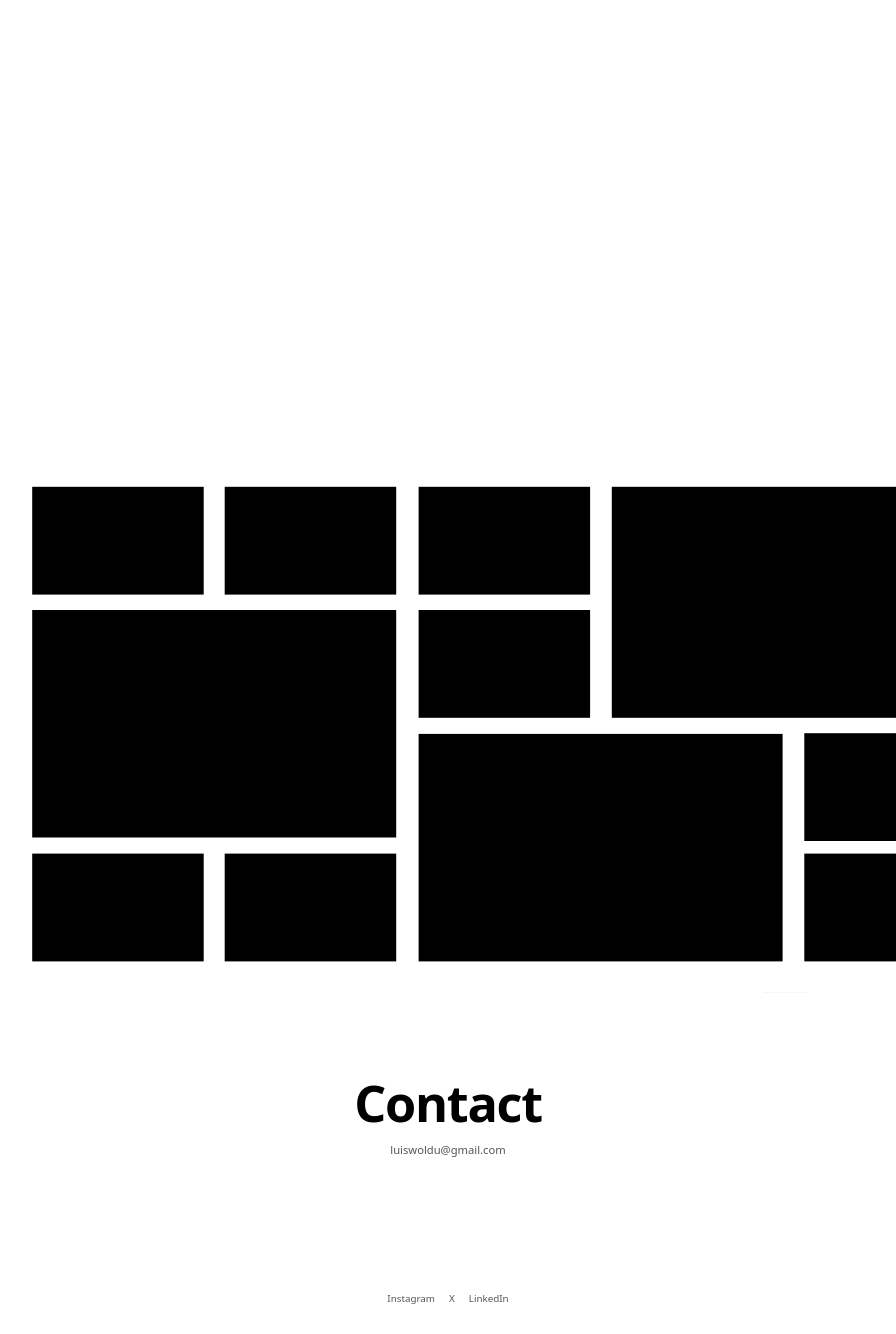
Repository: luiswoldu/personal
Page: /
These files come from the project's save history. The page is drawn as it stood at one moment and after the next save; the edit follows.
The browser window is 1280 px wide. The pictures show the part of the page from y = 768 to 2688 px (the page is 2673 px tall before and 2688 px after), at 70% of full size.
The project was rebuilt for these pictures with package versions that can differ from the ones it lists, and the page was loaded fresh each time. Also part of the build but not shown: vite.config.js.

Above is the page before, as saved 2025-01-08 22:30:40.

After the next save:
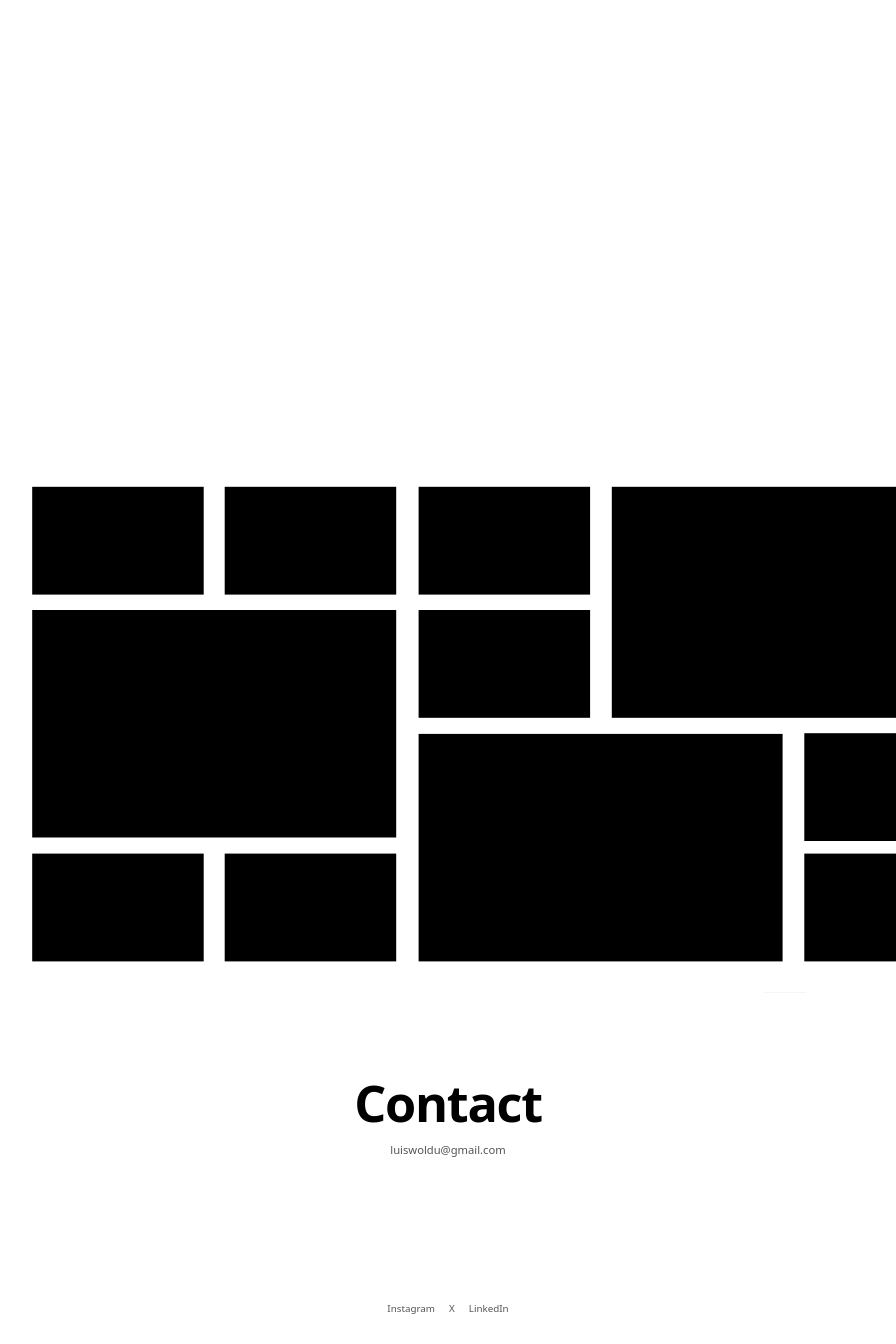
Saved 16 s later.
--- a/src/components/Contact.jsx
+++ b/src/components/Contact.jsx
@@ -21,7 +21,7 @@ const Contact = () => {
   return (
     <div
     style={{
-      height: '385px',  // Reduced height by 30% from 550px
+      height: '400px',  // Reduced height by 30% from 550px
       backgroundColor: 'white',
       position: 'relative',
       zIndex: 1,
